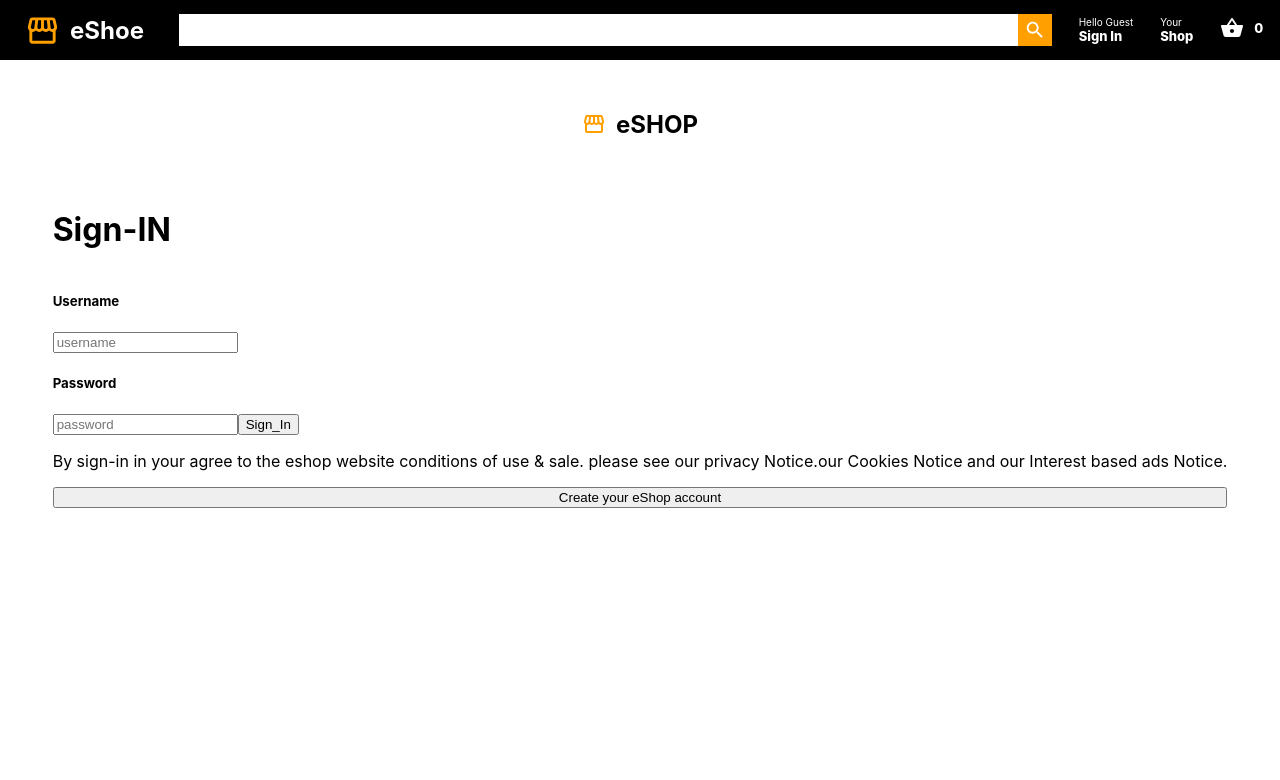
Repository: sandeepreddyvitta/react
Page: /login (app in eshop/)
These files come from the project's save history. The page is drawn as it stood at one moment and after the next save; the edit follows.
The browser window is 1280 px wide. The pictures show the whole page.
The project was rebuilt for these pictures with package versions that can differ from the ones it lists, and the page was loaded fresh each time. Also part of the build but not shown: eshop/src/components/products/product.scss, eshop/src/components/products/Product.js, eshop/src/components/home/home.scss, eshop/src/components/home/Home.js, eshop/src/components/checkOut/checkout.scss, eshop/src/components/checkOut/checkoutproduct.scss, eshop/src/components/checkOut/CheckOutProduct.js, eshop/src/components/checkOut/subtotal.scss and 2 more.

Above is the page before, as saved 2022-12-07 11:38:57.

After the next save:
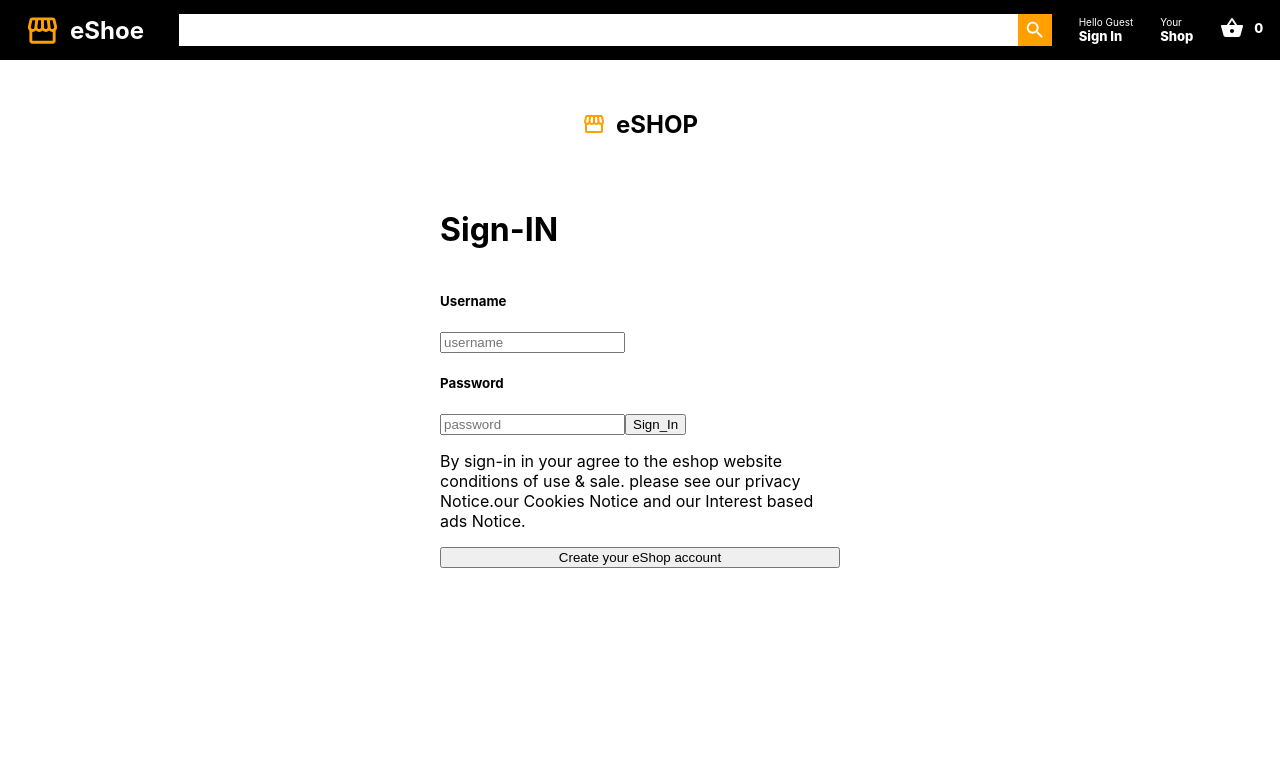
Saved 40 s later.
--- a/eshop/src/components/login/login.scss
+++ b/eshop/src/components/login/login.scss
@@ -19,5 +19,7 @@
     .loginContainer{
         display: flex;
         flex-direction: column;
+        height: 500px;
+        width:400px
     }
 }
